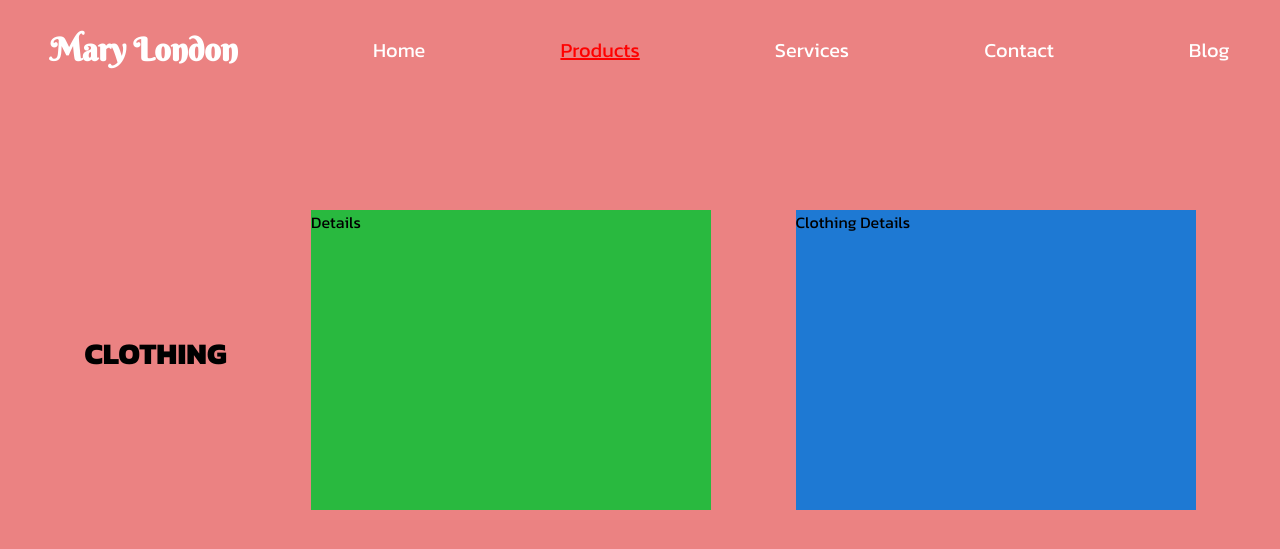
Repository: Habeebur1493/test2
Page: /products/clothing
The author's editor kept a copy of each file at every save. The page is drawn from the files as they stood at one save, then again after the next save.
The browser window is 1280 px wide. The pictures show the whole page.
The project was rebuilt for these pictures with package versions that can differ from the ones it lists, and the page was loaded fresh each time. Also part of the build but not shown: vite.config.js, src/Frontend/Loader/loaderstyle.css, src/Frontend/Firstpage/Home.jsx, src/Frontend/Firstpage/Products.jsx, src/Frontend/Firstpage/Services.jsx, src/Frontend/Firstpage/Contact.jsx, src/Frontend/Firstpage/Blog.jsx.

Above is the page before, as saved 2024-12-28 20:53:58.

After the next save:
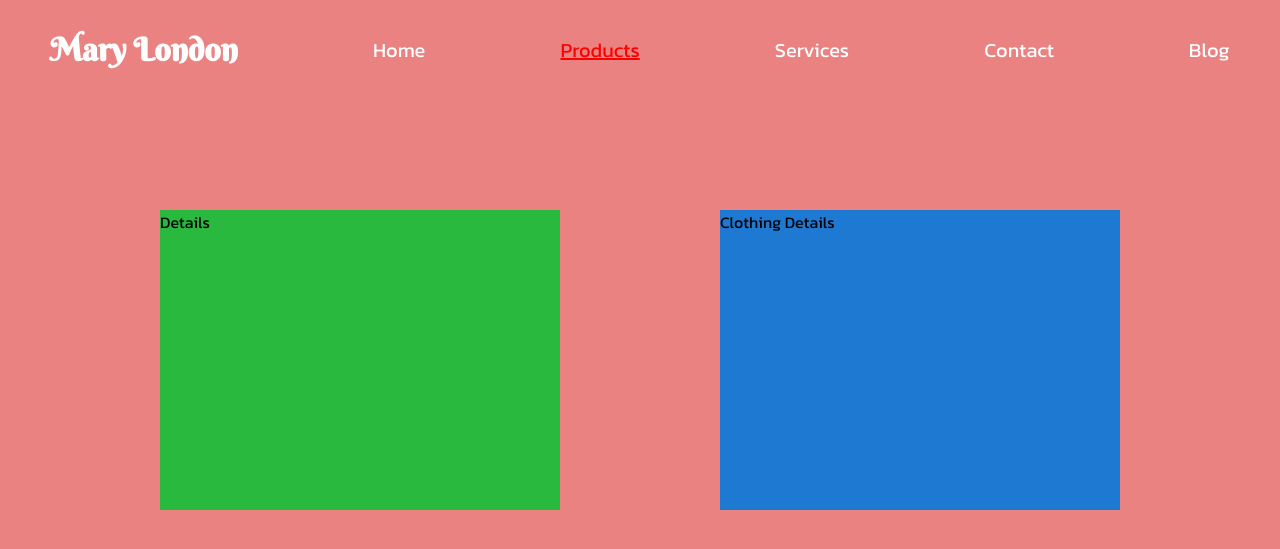
Saved 88 s later.
--- a/src/Frontend/Firstpage/ClothingDetails.jsx
+++ b/src/Frontend/Firstpage/ClothingDetails.jsx
@@ -11,16 +11,15 @@ const ClothingDetails = () => {
   return (
     <div className="ClothingDetails">
       <div className="container1">
-        <h1 className="text-3xl font-extrabold mb-3">
-          {params.category.toLocaleUpperCase()}
-        </h1>
 
         <div className="column1">
         <h1>Details</h1>
         </div>
+
         <div className="column2">
           <h1>Clothing Details</h1>
         </div>
+
       </div>
     </div>
   );
